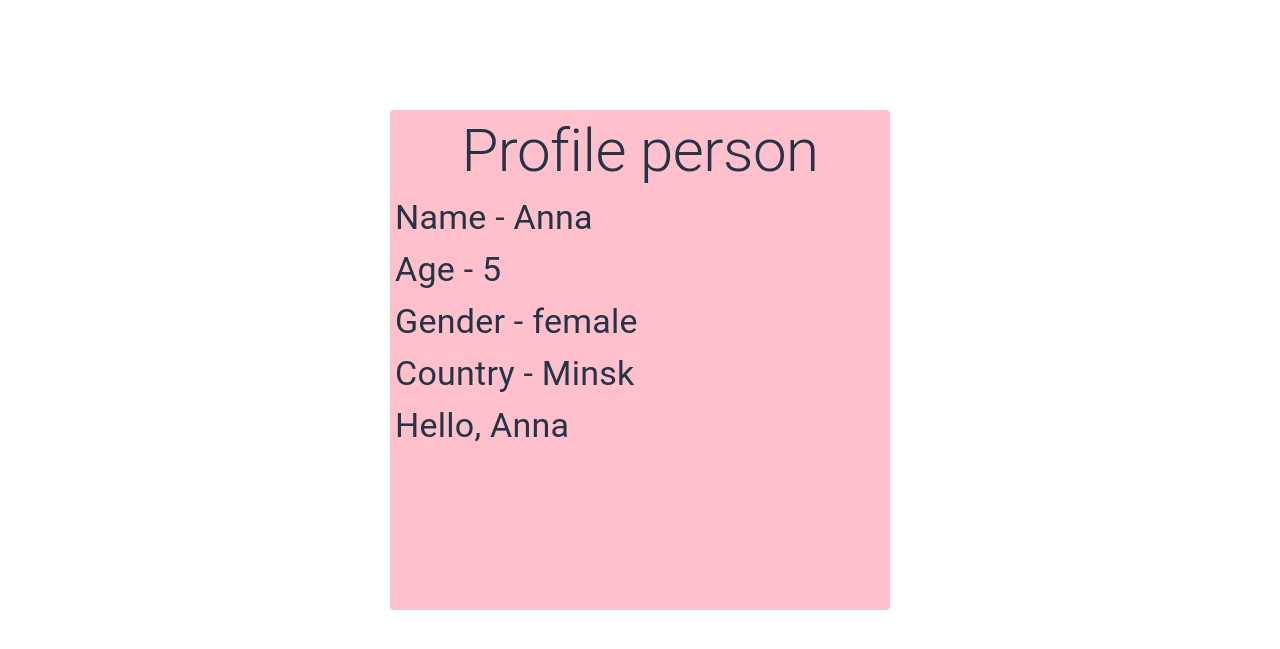
Repository: savannaaaas/props
Page: /
An editor plug-in stored every save of this project. The page is shown before and after the next save, followed by the edit.
The browser window is 1280 px wide. The pictures show the whole page.
The project was rebuilt for these pictures with package versions that can differ from the ones it lists, and the page was loaded fresh each time. Also part of the build but not shown: vite.config.js.

Above is the page before, as saved 2025-07-07 23:56:09.

After the next save:
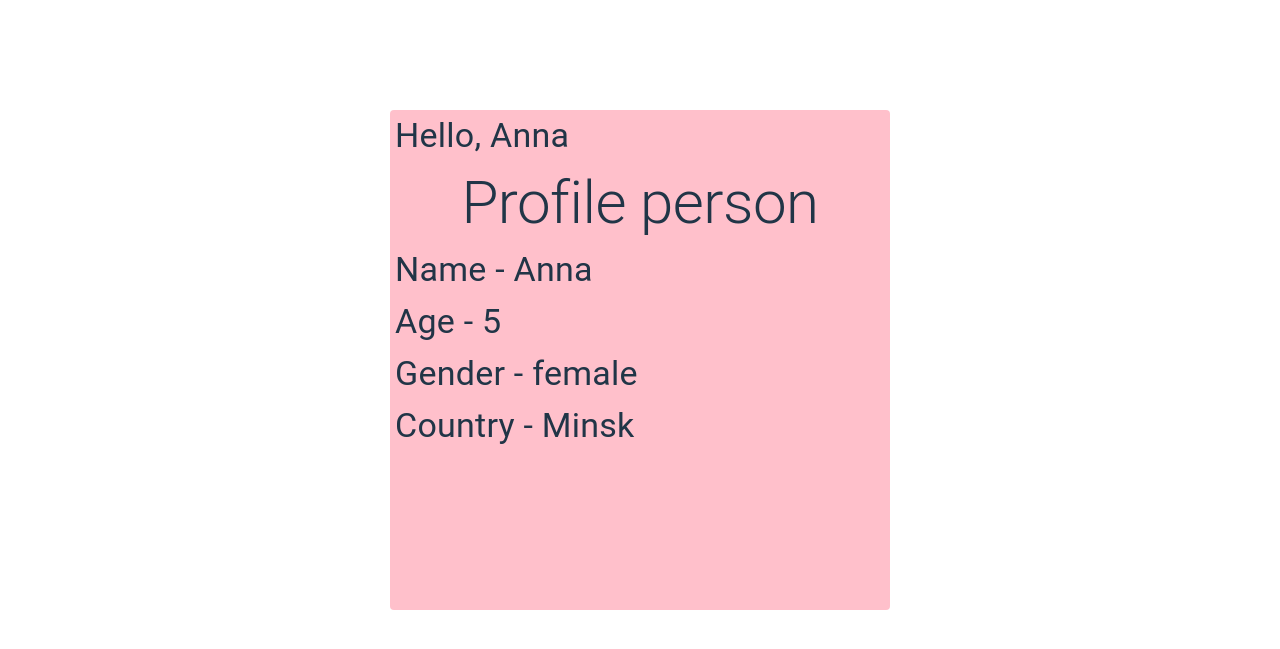
Saved 18 s later.
--- a/src/components/Person1.jsx
+++ b/src/components/Person1.jsx
@@ -2,6 +2,9 @@ import Typography from "@mui/material/Typography";
 export const Person1 = ({ name, age, men, obj, sayHello }) => {
   return (
     <>
+      <Typography variant="h4" align="left" style={{ padding: "5px" }}>
+        {sayHello(name)}
+      </Typography>
       <Typography variant="h2" align="center" style={{ padding: "5px" }}>
         Profile person
       </Typography>
@@ -17,9 +20,6 @@ export const Person1 = ({ name, age, men, obj, sayHello }) => {
       <Typography variant="h4" align="left" style={{ padding: "5px" }}>
         Country - {obj.country}
       </Typography>
-      <Typography variant="h4" align="left" style={{ padding: "5px" }}>
-        {sayHello(name)}
-      </Typography>
     </>
   );
 };
